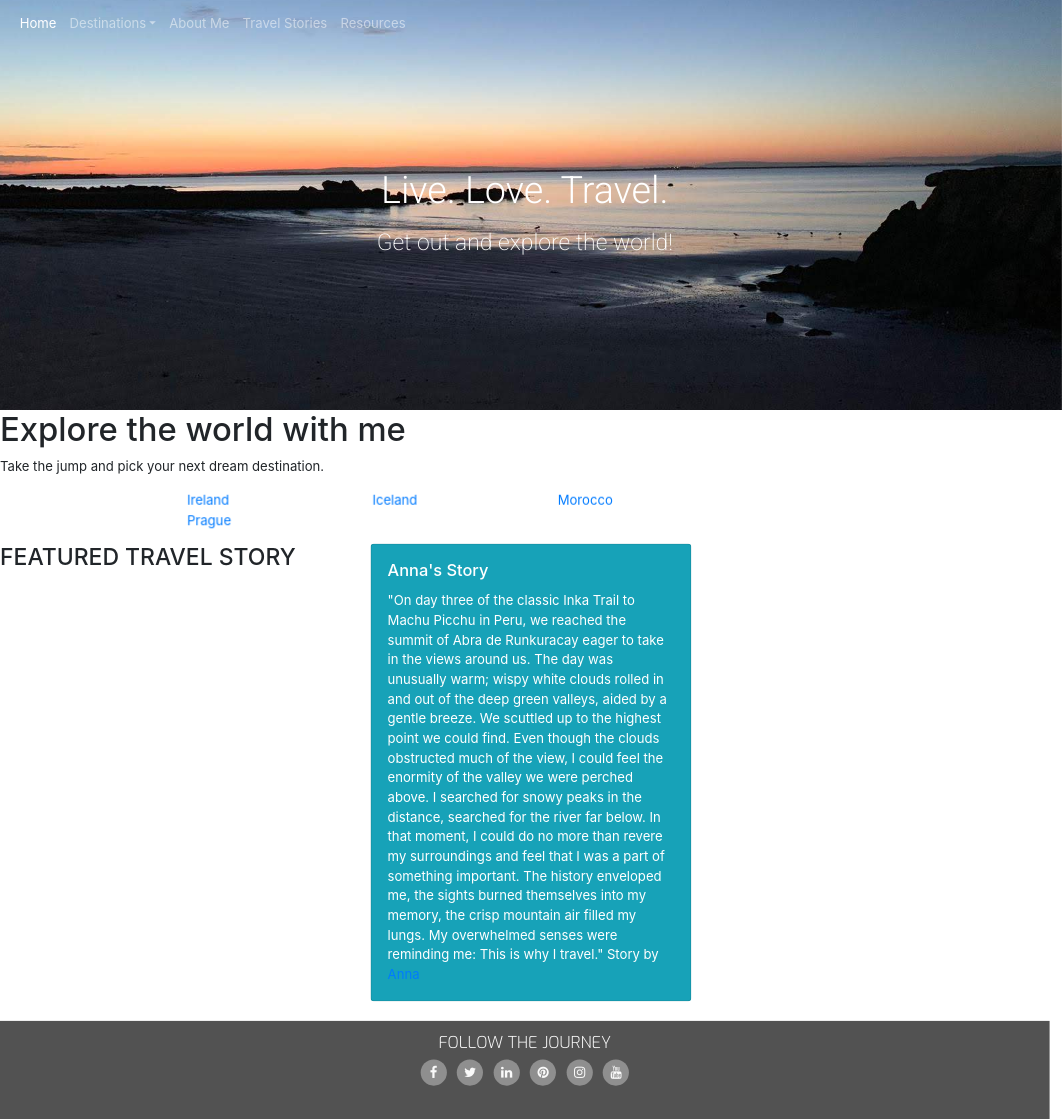
Repository: lhynes/User-Centric-Frontend-Development-Milestone-Project
Page: index.html
The author's editor kept a record of every edit. The page is drawn from the files as they stood at one moment, then again after the next edit.
The browser window is 1280 px wide. The page is 1295 px wide, so the pictures cover 1295 px, including what lies to the right of the window. The pictures show the whole page, at 82% of full size.
Some web libraries are served in a nearby version.

Above is the page before.

### index.html
<!DOCTYPE html>
<html lang="en">

<head>
    <meta charset="UTF-8">
    <meta name="viewport" content="width=device-width, initial-scale=1.0">
    <meta http-equiv="X-UA-Compatible" content="ie=edge">
    <!--access exrtenal links - bootstrap cdn - https://www.bootstrapcdn.com/-->
    <link rel="stylesheet" href="https://stackpath.bootstrapcdn.com/bootstrap/4.3.1/css/bootstrap.min.css" type="text/css" />
    <script src="https://ajax.googleapis.com/ajax/libs/jquery/3.3.1/jquery.min.js"></script>
    <script src="https://cdnjs.cloudflare.com/ajax/libs/popper.js/1.12.9/umd/popper.min.js"></script>
    <script src="https://maxcdn.bootstrapcdn.com/bootstrap/4.0.0/js/bootstrap.min.js"></script>




    <!--access exrtenal links - fontAwesome cdn - https://www.bootstrapcdn.com/-->
    <link rel="stylesheet" href="https://stackpath.bootstrapcdn.com/font-awesome/4.7.0/css/font-awesome.min.css" type="text/css" />
    <!--CdN to access hover CSS-->
    <link rel="stylesheet" href="https://cdnjs.cloudflare.com/ajax/libs/hover.css/2.3.1/css/hover-min.css" type="text/css" />
    <!-- project CSS style sheet-->
    <link rel="stylesheet" href="assets/css/style.css" type="text/css" />
    <script src="//maxcdn.bootstrapcdn.com/bootstrap/3.3.0/js/bootstrap.min.js"></script>
    <script src="//code.jquery.com/jquery-1.11.1.min.js"></script>
    <title>Live.Love.Travel.</title>
</head>

<body>
    <header>
        <!-- hero image and nagivation section-->
        <div class="row hero">
            <!--nav-->
            <div class="col-md-12">
                <!--Navbar - https://mdbootstrap.com/snippets/jquery/ascensus/145608-->
                <nav class="navbar navbar-expand-lg navbar-dark primary-color">
                    <!-- Collapse button to ensure correct for mobile view -->
                    <button class="navbar-toggler" type="button" data-toggle="collapse" data-target="#basicExampleNav" aria-controls="basicExampleNav" aria-expanded="false" aria-label="Toggle navigation">
        <span class="navbar-toggler-icon"></span>
      </button>

                    <!-- Collapsible content -->
                    <div class="collapse navbar-collapse" id="basicExampleNav">

                        <!-- Links -->
                        <ul class="navbar-nav mr-auto">
                            <li class="nav-item active">
                                <a class="nav-link" href="index.html">Home
              <span class="sr-only">(current)</span>
            </a>
                            </li>

                            <!-- Dropdown for destinations -->
                            <li class="nav-item dropdown">
                                <a class="nav-link dropdown-toggle" id="navbarDropdownMenuLink1" data-toggle="dropdown" aria-haspopup="true" aria-expanded="false">Destinations</a>
                                <div class="dropdown-menu dropdown-primary" aria-labelledby="navbarDropdownMenuLink1">
                                    <a class="dropdown-item" href="ireland.html">Ireland</a>
                                    <a class="dropdown-item" href="iceland.html">Iceland</a>
                                    <a class="dropdown-item" href="morocco.html">Morocco</a>
                                    <a class="dropdown-item" href="prague.html">Prague</a>
                                </div>
                            </li>
                            <li class="nav-item">
                                <a class="nav-link" href="aboutme.html">About Me</a>
                            </li>


                            <li class="nav-item">
                                <a class="nav-link" href="travelstories">Travel Stories</a>
                            </li>
                            <li class="nav-item">
                                <a class="nav-link" href="resources">Resources</a>
                            </li>
                        </ul>
                </nav>

                </div>
                <!-- Tagline-->
                <div class="col-md-12">
                    <div class="row no-gutters bg-color-name-title">
                        <div class="col heading">
                            <h1 class="hero-title">Live. Love. Travel.</h1>
                            <h2 class="hero-subtitle">Get out and explore the world!</h2>
                        </div>
                    </div>
                </div>

            </div>
    </header>

    <!-- Main content section -->
    <section>
        <div class="row">
            <div class="col homepageWelcomeMessage">
                <h1> Explore the world with me</h1>
                <p>Take the jump and pick your next dream destination.
                </p>
            </div>
        </div>

        <div class="row no-gutters">
            <div class="col-md-2">

            </div>
            <div class="col-md-8">
                <ul id="destinationNav" class="list-inline destinationcontainer">
                    <li class="col-6 col-sm-3 ui-destination-ireland list-inline-item menuitem">
                        <a href="ireland.html" class="hvr-sweep-to-bottom"><span>Ireland</span></a>
                    </li>

                    <li class="col-6 col-sm-3 ui-menu-destination-iceland list-inline-item menuitem">
                        <a href="iceland.html" class="hvr-sweep-to-bottom"><span>Iceland</span></a>
                    </li>

                    <li class="col-6 col-sm-3 ui-menu-destination-morocco list-inline-item menuitem">
                        <a href="morocco.html" class="hvr-sweep-to-bottom"><span>Morocco</span></a>
                    </li>
                    <li class="col-6 col-sm-3 ui-menu-destination-prague list-inline-item menuitem">
                        <a href="prague.html" target="_blank" class="hvr-sweep-to-bottom"><span>Prague</span></a>
                    </li>
                </ul>
            </div>
            <div class="col-md-2"></div>
        </div>
        <!--  <div class="row">
            <div class="col homepageWelcomeMessage">
                <h1> Featured Travel story</h1>
                <p>Take the jump and pick your next dream destination.
                </p>
            </div>
        </div>-->


        <div class="row featureTravelStorySection">
            <!--allow us to create a table structure so that our columns will remain the same height, regardless of content-->
            <!--he row-table class specifies the use of a table whereas section-column specifies the use of a table cell, which will give us evenly sized columns in terms of height.-->


            <div class="col-md-4 bg-color-personal-info section-column">
                <div class="row">
                    <div class="col-12">
                        <h3 class="section-heading uppercase">
                            Featured Travel story
                        </h3>
                    </div>
                </div>


            </div>
            <div class="col-md-8  section-column">
                <div class="row">
                    <div class="col">
                        <!--<div class="card">
                            <div class="card-body"> "On day three of the classic Inka Trail to Machu Picchu in Peru, we reached the summit of Abra de Runkuracay eager to take in the views around us. The day was unusually warm; wispy white clouds rolled in and out of the deep
                                green valleys, aided by a gentle breeze. We scuttled up to the highest point we could find. Even though the clouds obstructed much of the view, I could feel the enormity of the valley we were perched above. I searched for
                                snowy peaks in the distance, searched for the river far below. In that moment, I could do no more than revere my surroundings and feel that I was a part of something important. The history enveloped me, the sights burned
                                themselves into my memory, the crisp mountain air filled my lungs. My overwhelmed senses were reminding me: This is why I travel." Story by <a href="https://hostelgeeks.com/machu-picchus-gigantic-aura-reminder-travel/"
                                    target="_blank">Anna</a> </div>
                        </div>-->
                         <div class="col-sm-6">
        <div class="card text-white bg-info mb-4">
            <div class="card-body">
                <h5 class="card-title">Anna's Story</h5>
                <p class="card-text">"On day three of the classic Inka Trail to Machu Picchu in Peru, we reached the summit of Abra de Runkuracay eager to take in the views around us. The day was unusually warm; wispy white clouds rolled in and out of the deep
                                green valleys, aided by a gentle breeze. We scuttled up to the highest point we could find. Even though the clouds obstructed much of the view, I could feel the enormity of the valley we were perched above. I searched for
                                snowy peaks in the distance, searched for the river far below. In that moment, I could do no more than revere my surroundings and feel that I was a part of something important. The history enveloped me, the sights burned
                                themselves into my memory, the crisp mountain air filled my lungs. My overwhelmed senses were reminding me: This is why I travel." Story by <a href="https://hostelgeeks.com/machu-picchus-gigantic-aura-reminder-travel/"
                                    target="_blank">Anna</a></p>
            </div>
        </div>
    </div>
                    </div>
                </div>

            </div>
        </div>





    </section>
    <!--Footer section-->
    <footer class="container-fluid">
        <!--full width flexible container-->
        <div id="footer-details" class="row">
            <div class="col-sm-12">
                <h5 class="uppercase general-sub">Follow the Journey</h5>
                <ul class="list-inline social-links">
                    <li class="list-inline-item">
                        <!-- every list-inline in boostrap needs a list-inline item-->
                        <a target="_blank" href="">
                            <i class="fa fa-facebook" aria-hidden="true"></i>
                            <span class="sr-only">Facebook</span>
                        </a>
                    </li>
                    <li class="list-inline-item">
                        <a target="_blank" href="#">
                            <i class="fa fa-twitter" aria-hidden="true"></i>
                            <span class="sr-only">Twitter</span>
                        </a>
                    </li>
                    <li class="list-inline-item">
                        <a target="_blank" href="#">
                            <i class="fa fa-linkedin" aria-hidden="true"></i>
                            <span class="sr-only">LinkedIn</span>
                        </a>
                    </li>
                    <li class="list-inline-item">
                        <a target="_blank" href="#">
                            <i class="fa fa-pinterest" aria-hidden="true"></i>
                            <span class="sr-only">Pinterest</span>
                        </a>
                    </li>
                    <li class="list-inline-item">
                        <a target="_blank" href="#">
                            <i class="fa fa-instagram" aria-hidden="true"></i>
                            <span class="sr-only">Instagram</span>
                        </a>
                    </li>
                    <li class="list-inline-item">
                        <a target="_blank" href="#">
                            <i class="fa fa-youtube" aria-hidden="true"></i>
                            <span class="sr-only">YouTube</span>
                        </a>
                    </li>
                </ul>
            </div>

        </div>

    </footer>


</body>

</html>

### assets/css/style.css
@import url('https://fonts.googleapis.com/css?family=Roboto:100,200,300,400,500,600,700|Exo:100,200,300,400,500,600,700');

/*-----------------------------------Colours */

.bg-color-hero {
    background-color: red;
    color: #ffffff;
}

/*-----------------------------------Special paddings/margins/text - General CSS area used more than once through out the site */

.uppercase {
    text-transform: uppercase;
}

.general-sub {
    font-family: "Exo", sans-serif;
    font-weight: 300;
    color: #fafafa;

}


/*-----------------------------------Heading */

.hero {
    background: url("../images/morning.jpg");
    text-align: center;
    background-position: center;
    background-repeat: no-repeat;
    background-size: cover;
    min-height: 500px;
    transition: all .5s ease-in-out;
    -moz-transition: all .5s ease-in-out;
    -webkit-transition: all .5s ease-in-out;

}

.hero-title {
    font-family: "Roboto", sans-seriif;
    font-weight: 300;
    font-size: 46px;
    margin-top: 50px;
    color: #ffffff;
}

.hero-subtitle {
    font-family: "Roboto", sans-seriif;
    font-weight: 200;
    font-size: 28px;
    margin-top: 20px;
    margin-bottom: 90px;
    color: #ffffff;
}


/*-----------------------------------Hover.css */

/*-----------------------------------Home */

/*-----------------------------------About Me*/

/*-----------------------------------Destinations*/

/*-----------------------------------Travel Stories*/

/*-----------------------------------Resources*/

/*-----------------------------------Footer styles */

footer {
    background-color: #525252;
    color: #fafafa;
    min-height: 120px;
    margin: 0;
    text-align: center;
    padding-top: 15px;
}


.social-links {
    padding-bottom: 15px;

}

.social-links li a i {
    width: 32px;
    height: 32px;
    padding: 12px 0;
    border-radius: 50%;
    line-height: 7px;
    text-align: center;
    color: #fafafa;
    background: #8f8f8f;
    -moz-transition: all 0.35s ease-in-out;
    -webkit-transition: all 0.35s ease-in-out;
    -o-transition: all 0.35s ease-in-out;
}

.social-links li a i:hover {
    background-color: blue;
}



/*-----------------------------------Media Queries*/

After the next edit:
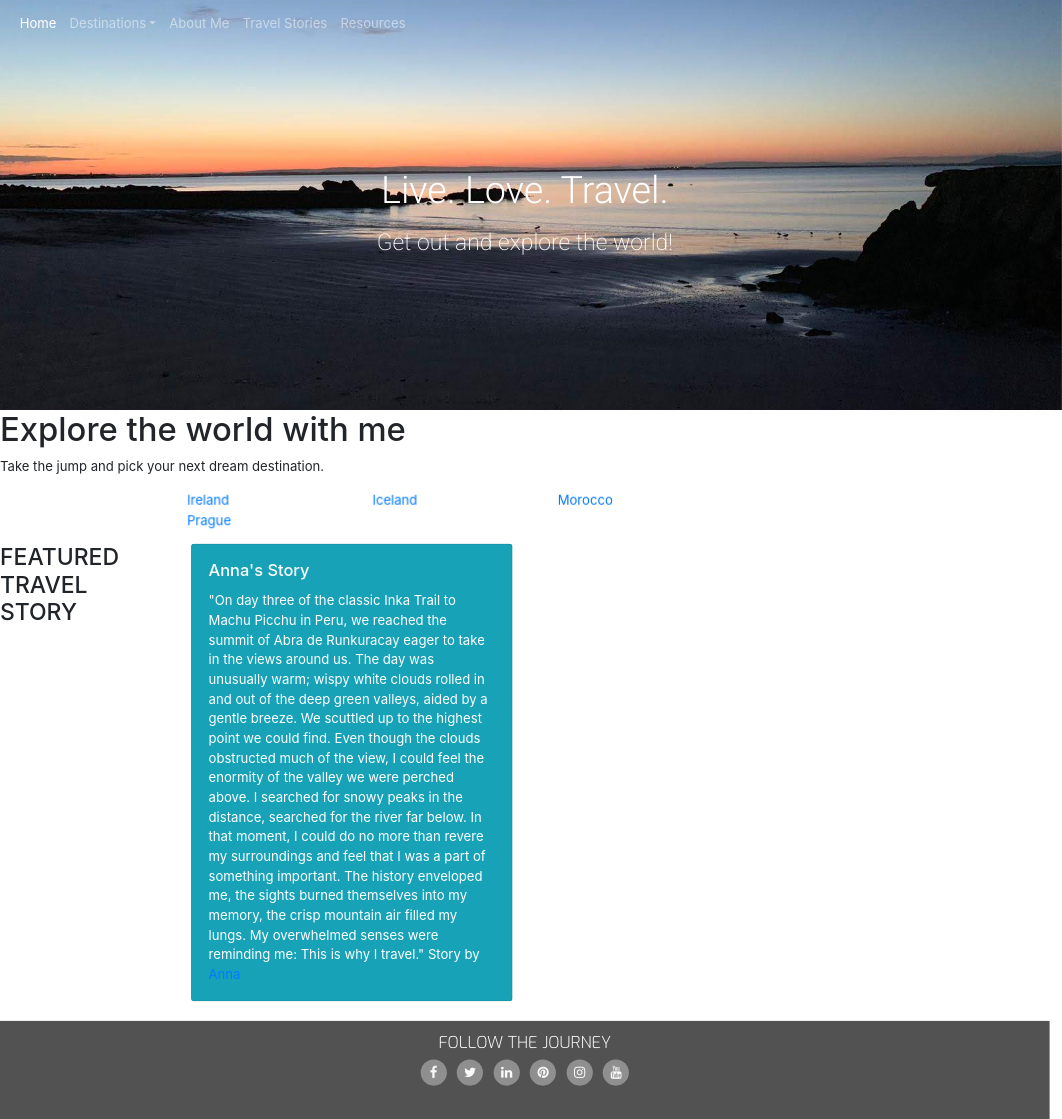
The edit:
--- a/index.html
+++ b/index.html
@@ -135,7 +135,7 @@
             <!--he row-table class specifies the use of a table whereas section-column specifies the use of a table cell, which will give us evenly sized columns in terms of height.-->
 
 
-            <div class="col-md-4 bg-color-personal-info section-column">
+            <div class="col-md-2  section-column">
                 <div class="row">
                     <div class="col-12">
                         <h3 class="section-heading uppercase">
